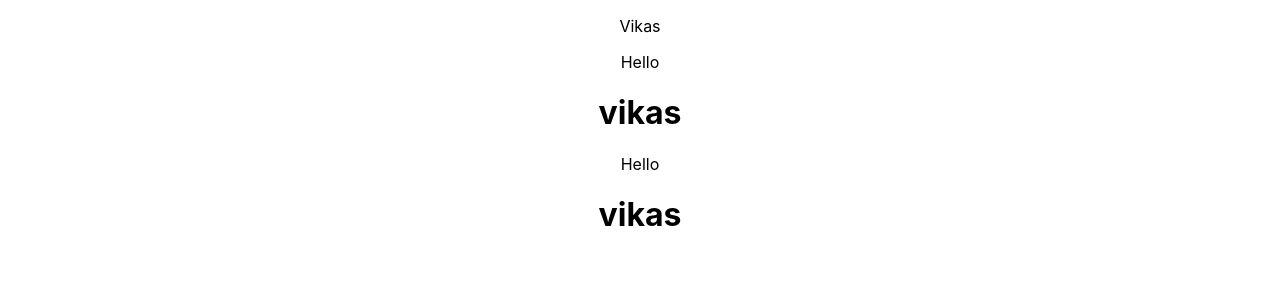
Repository: vikas-swami/heroku-deploy
Page: /
The author's editor kept a copy of each file at every save. The page is drawn from the files as they stood at one save, then again after the next save.
The browser window is 1280 px wide. The pictures show the whole page.
The project was rebuilt for these pictures with package versions that can differ from the ones it lists, and the page was loaded fresh each time.

Above is the page before, as saved 2020-05-05 22:58:19.

After the next save:
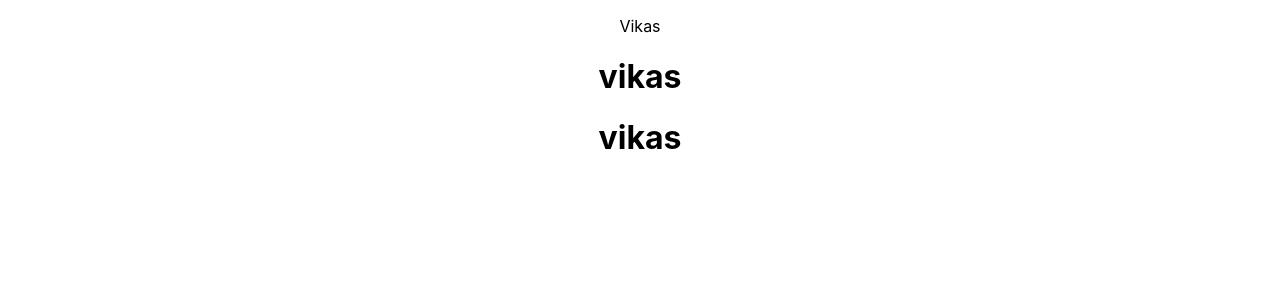
Saved 1 s later.
--- a/src/App.js
+++ b/src/App.js
@@ -6,7 +6,6 @@ function App() {
   return (
     <div className="App">
       <Card name="Vikas">
-        Hello
         <h1>
           vikas
         </h1>
